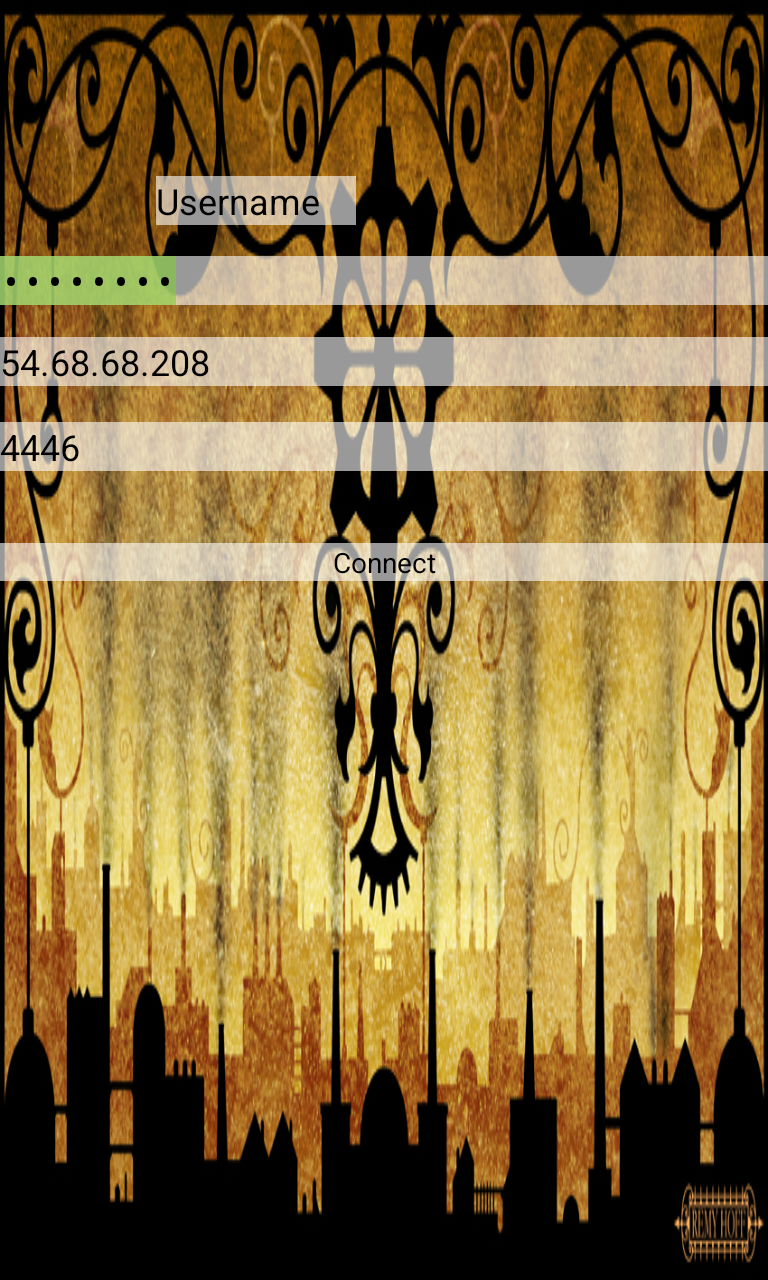
Repository: jkrepps/CSCE-482
Layout: Mobile Client (eclipse)/Industry of Deciet/res/layout/mains.xml
These files come from the project's save history. The layout is drawn as it stood at one moment and after the next save; the edit follows.
It is drawn on a 768 x 1280 px phone screen (xhdpi) without system bars, with theme AppTheme; the app's code is not run.

Above is the layout before, as saved 2014-12-03 10:40:04.

After the next save:
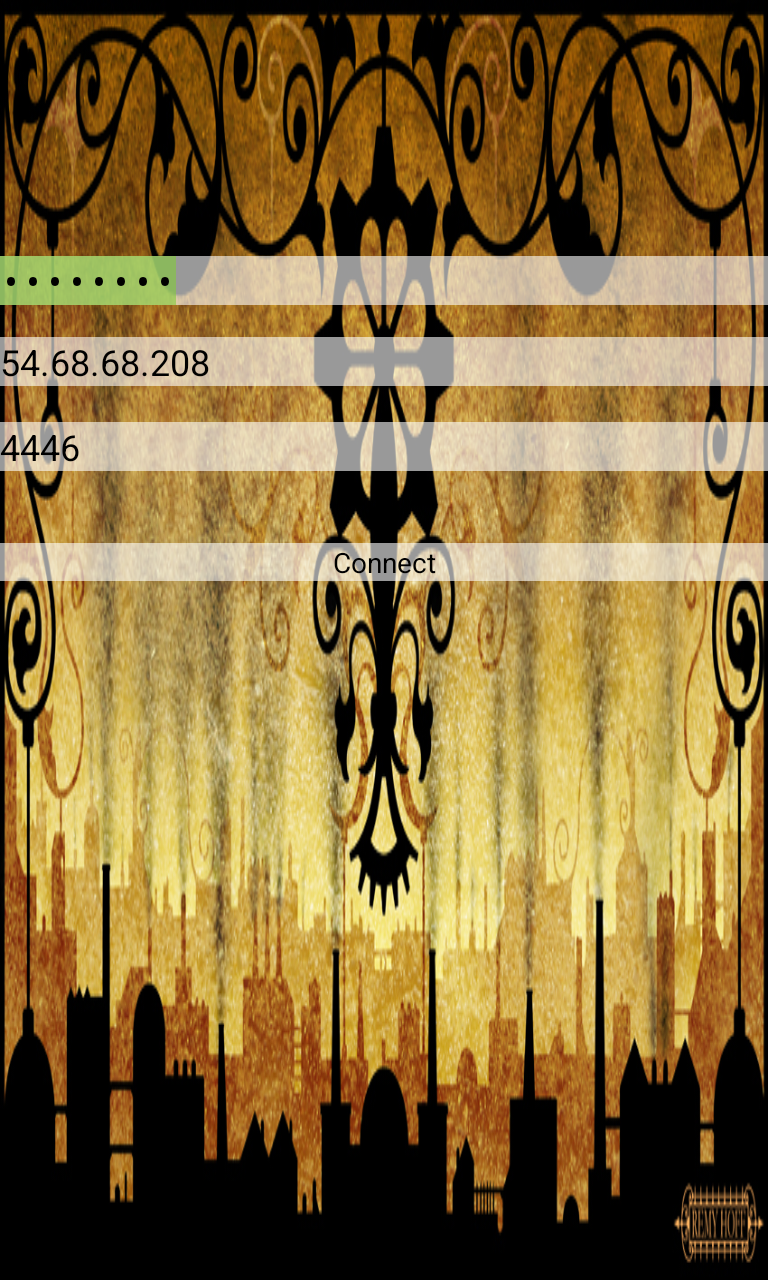
Saved 2 min 30 s later.
--- a/Mobile Client (eclipse)/Industry of Deciet/res/layout/mains.xml
+++ b/Mobile Client (eclipse)/Industry of Deciet/res/layout/mains.xml
@@ -79,7 +79,7 @@
         <EditText
             android:id="@+id/editText1"
             style="@drawable/roundededittext"
-            android:layout_width="200px"
+            android:layout_width="match_parent - 100px"
             android:layout_height="wrap_content"
             android:layout_alignBottom="@+id/editText2"
             android:layout_alignParentLeft="true"
